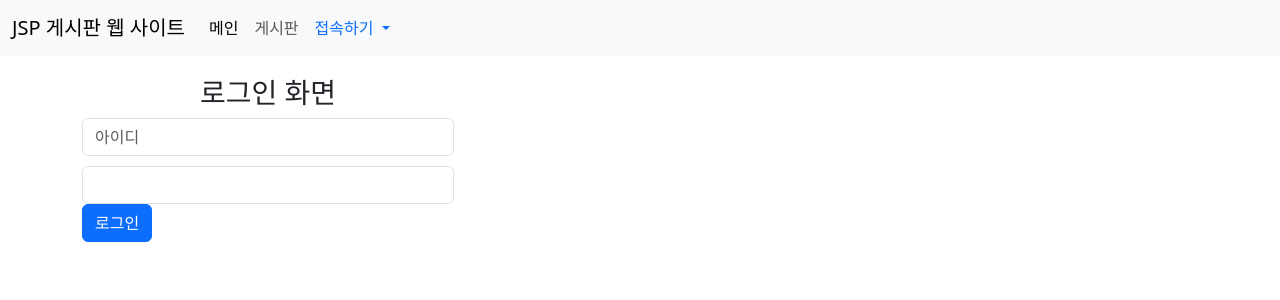
Repository: jeongjimin0/Jeongjimin
Page: http://localhost/WebTest/login.jsp
An editor plug-in stored every save of this project. The page is shown before and after the next save, followed by the edit.
The browser window is 1280 px wide. The pictures show the whole page.
The page is served by Tomcat 9. Other server files are loaded and not shown.

Above is the page before, as saved 2023-02-27 14:22:23.

### projects/WebTest/src/main/webapp/login.jsp
<%@ page language="java" contentType="text/html; charset=UTF-8"
    pageEncoding="UTF-8"%>
<!DOCTYPE html>
<html>
<head>
<meta charset="UTF-8">
<meta name="viewport" content="width=device-width", initial-scale="1">
<link rel="stylesheet" href="css/bootstrap.css">
<title>JSP 게시판 웹 사이트</title>
</head>
<body>
<nav class="navbar navbar-expand-lg bg-body-tertiary">
  <div class="container-fluid">
    <a class="navbar-brand">JSP 게시판 웹 사이트</a>
    <div class="collapse navbar-collapse" id="navbarSupportedContent">
      <ul class="navbar-nav me-auto mb-2 mb-lg-0">
        <li class="nav-item">
          <a class="nav-link active" aria-current="page" href="#">메인</a>
        </li>
        <li class="nav-item">
          <a class="nav-link" href="#">게시판</a>
        </li>

        <ul class="nav justify-content-end">
        <li class="dropdown">
          <a class="nav-link dropdown-toggle" href="#" role="button" data-bs-toggle="dropdown" aria-expanded="false">
            접속하기
          </a>
          <ul class="dropdown-menu">
            <li><a class="dropdown-item" href="login.jsp">로그인</a></li>
            <li><a class="dropdown-item" href="join.jsp">회원가입</a></li>
          </ul>
        </li>
      </ul>
    </div>
    </div>
</nav>
<div class="container">
	<div class="col-lg-4"></div>
	<div class="col-lg-4">
		<div class="jumbotron" style="padding-top: 20px;">
			<form method="post" action="loginAction.jsp">
				<h3 style="text-align: center;">로그인 화면</h3>
				<div class="form-group" style="padding-bottom: 10px;">
					<input type="text" class="form-control" placeholder="아이디" name="userID" maxlenth="20">
				</div>
				<div class="form-group">
					<input type="password" class="form-control" plachholder="비밀번호" name="userPW" maxlenth="20">
				</div>
				<input type="submit" class="btn btn-primary from-control" value="로그인">
				</form>
				</div>
				</div>
	<div class="col-lg-4"></div>
</div>

<script src="https://cdn.jsdelivr.net/npm/bootstrap@5.3.0-alpha1/dist/js/bootstrap.bundle.min.js" integrity="sha384-w76AqPfDkMBDXo30jS1Sgez6pr3x5MlQ1ZAGC+nuZB+EYdgRZgiwxhTBTkF7CXvN" crossorigin="anonymous"></script>
</body>
</html>

Loaded but not shown: projects/WebTest/src/main/webapp/css/bootstrap.css (library)

After the next save:
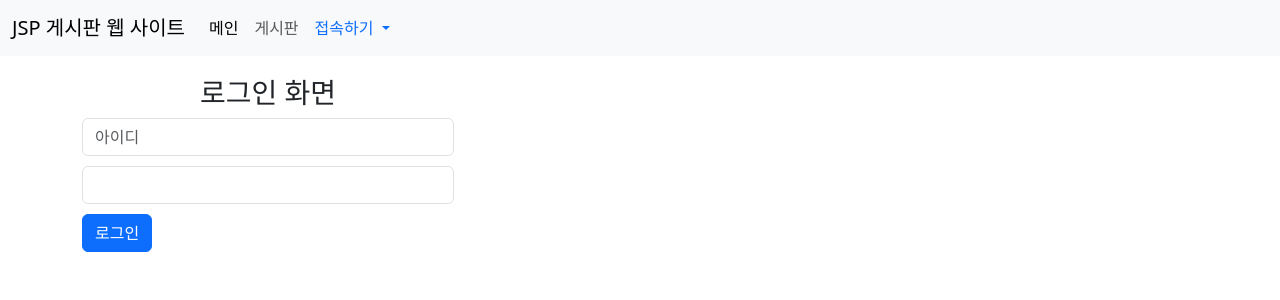
Saved 12 s later.
--- a/projects/WebTest/src/main/webapp/login.jsp
+++ b/projects/WebTest/src/main/webapp/login.jsp
@@ -44,7 +44,7 @@
 				<div class="form-group" style="padding-bottom: 10px;">
 					<input type="text" class="form-control" placeholder="아이디" name="userID" maxlenth="20">
 				</div>
-				<div class="form-group">
+				<div class="form-group" style="padding-bottom: 10px;">
 					<input type="password" class="form-control" plachholder="비밀번호" name="userPW" maxlenth="20">
 				</div>
 				<input type="submit" class="btn btn-primary from-control" value="로그인">
